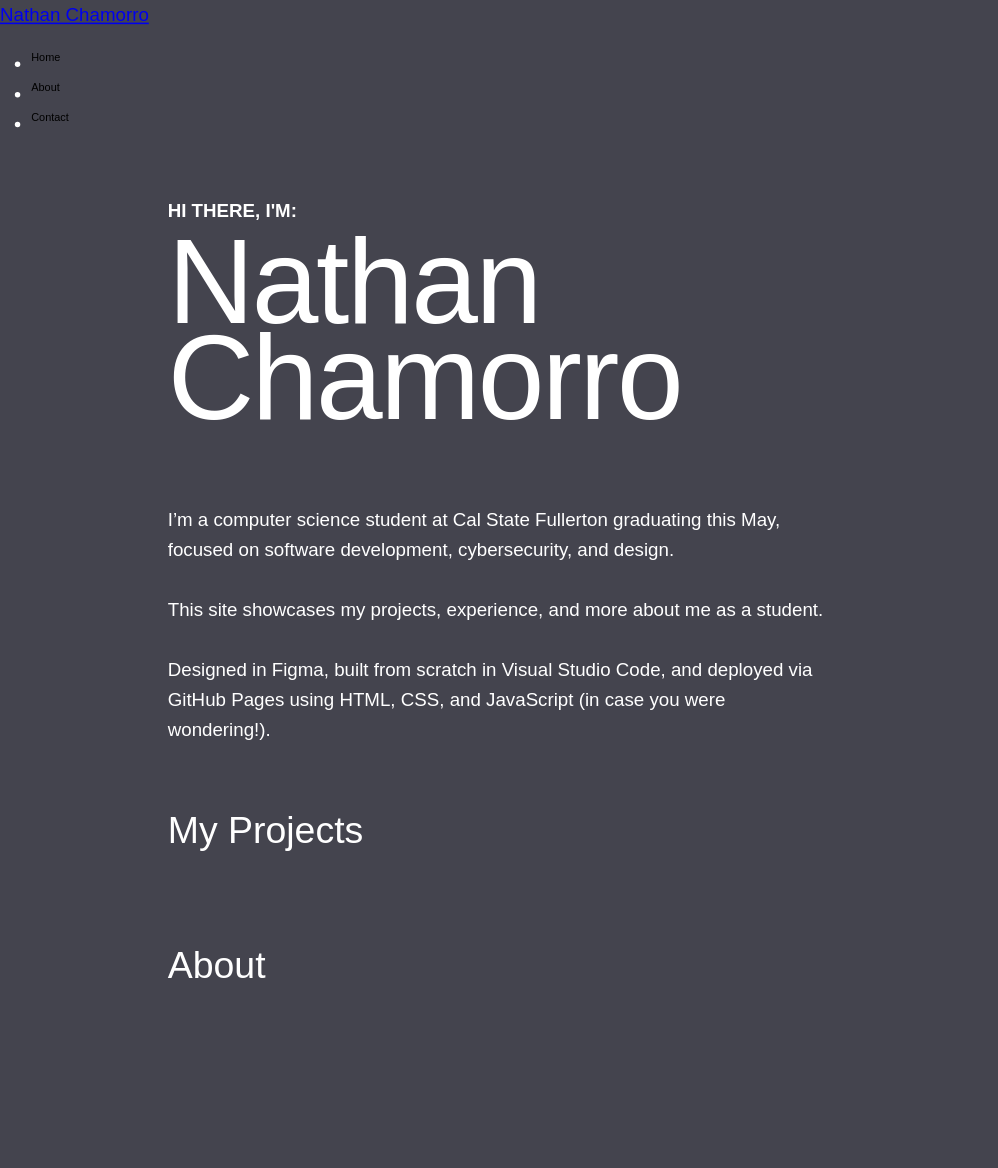
Repository: nathanchamorro1/nathanchamorro1.github.io
Page: index.html
These files come from the project's save history. The page is drawn as it stood at one moment and after the next save; the edit follows.
The browser window is 1280 px wide. The pictures show the whole page, at 78% of full size.
Some web fonts or font styles are not loaded; a fallback is used.

Above is the page before, as saved 2026-02-17 21:21:28.

### index.html
<!DOCTYPE html>
<html lang="en">

<head>
<meta charset="UTF-8">
<meta name="viewport" content = "width=device-width,initial-scale=1">
<title>Nathan Chamorro's Portfolio</title>
<link rel = "icon" type = "image/x-icon" href = "/assets/snoopy-favicon.ico">
<link rel="stylesheet" href="https://use.typekit.net/lhh1weh.css">
<link rel="stylesheet" href="css/style.css">
</head>
<body>

<div class="layout">
  <nav class="sidebar">
    <a href="#home" class="nav-logo">Nathan Chamorro</a>
    <ul>
      <li><a href="#home" class="nav-link">Home</a></li>
      <li><a href="#about" class="nav-link">About</a></li>
      <li><a href="#contact" class="nav-link">Contact</a></li>
      </ul>
      </nav>

  <main class="content">
    <div class="content-wrapper">
  <section class="hero">
    <h2 class="reveal", class="top-level-margin-hero">HI THERE, I'M:</h2>
    <h1 class="reveal">Nathan Chamorro</h1>
  </section>
      <p class="reveal">
        <br>I’m a computer science student at Cal State Fullerton graduating this May, focused on software development, cybersecurity, and design. <br>
        <br>This site showcases my projects, experience, and more about me as a student.<br>
        <br>Designed in Figma, built from scratch in Visual Studio Code, and deployed via GitHub Pages using HTML, CSS, and JavaScript (in case you were wondering!). <br>
      </p>
    </div>

        <section id="projects" class="content-wrapper">
      <h3 class="reveal">My Projects</h3>
    </section>

    <section id="about" class="content-wrapper">
      <h3 class="reveal">About</h3>
    </section>

    <section id="contact" class="content-wrapper">
      <h3 class="reveal">Contact</h3>
    </section>
  </main>
</div>
<script src = "js/script.js"></script>

### css/style.css
body {
  background-color: #44444E;
  color: white;
  margin: 0;
  font-family: museo-sans, sans-serif;
  font-weight: 300;
  font-style: normal;
  font-variation-settings: "slnt" 0, "wght" 400;
  line-height: 1.6;
  font-size: 1.5rem;
}

.content-wrapper {
  max-width: 850px;
  margin: 0 auto;
  padding: 0 40px;
  display: flex;
  flex-direction: column;
  gap: 40px;
  text-align: left;
}

.hero {
    min-height: auto;
    display: flex;
    align-items: flex-start;
    flex-direction: column;
    justify-content: flex-start;
    padding-top: 30px;
    padding-bottom: 0;
    text-align: left;
}

h1 {
    color: white;
    font-family: "instrument-serif", sans-serif;
    font-size: clamp(4.5rem, 12vw, 14rem);
    font-weight: 400;
    font-variation-settings: "wght" 400;
    line-height: 0.8;
    margin: 0;
    letter-spacing: -0.02em;
}

h2 {
    color: white;
    font-family: "museo-sans", sans-serif;
    font-weight: 900;
    font-variation-settings: "wght" 400;
    font-size: 1.5rem;
    opacity: 0.8;
    margin-bottom: 10px;
}

h3 {
    color: white;
    font-family: "instrument-serif", sans-serif;
    font-weight: 400;
    font-variation-settings: "wght" 400;
    font-size: 3rem;
    opacity: 0.8;
    align-self: flex-start;
    text-align: left;
    width: 100%;
}

.reveal {
    opacity: 0;
    transform: translateY(20px);
    transition: opacity 0.7s ease, transform 0.7s ease;
}

.reveal-visible {
    opacity: 1;
    transform: translateY(0);
}

.navbar {
    position: fixed;
    top: 0;
    width: 100%;
    background: white;
    box-shadow: 0 2px 10px rgba(0,0,0,0.05);
    z-index: 1000;
}

.nav-container {
    max-width: 1000px;
    margin: 0 auto;
    display: flex;
    justify-content: space-between;
    align-items: center;
    padding: 15px 20px;
    position: fixed;
}

.nav-menu {
    list-style: none;
    display: flex;
    gap: 25px;
    margin: 0;
    padding: 0;
    position: fixed;
}

.nav-link {
    text-decoration: none;
    color: black;
    font-size: 14px;
    position: relative;
    position: fixed;
}

.nav-link:hover {
    opacity: 0.6;
}

.top-level-margin-hero {
    margin-bottom: 200px;
}

### js/script.js
const reveals = document.querySelectorAll(".reveal");

function revealOnScroll() {
  const windowHeight = window.innerHeight;

  reveals.forEach(el => {
    const elementTop = el.getBoundingClientRect().top;

    if (elementTop < windowHeight - 200) {
      el.classList.add("reveal-visible");
    }
  });
}

window.addEventListener("scroll", revealOnScroll);
revealOnScroll();

After the next save:
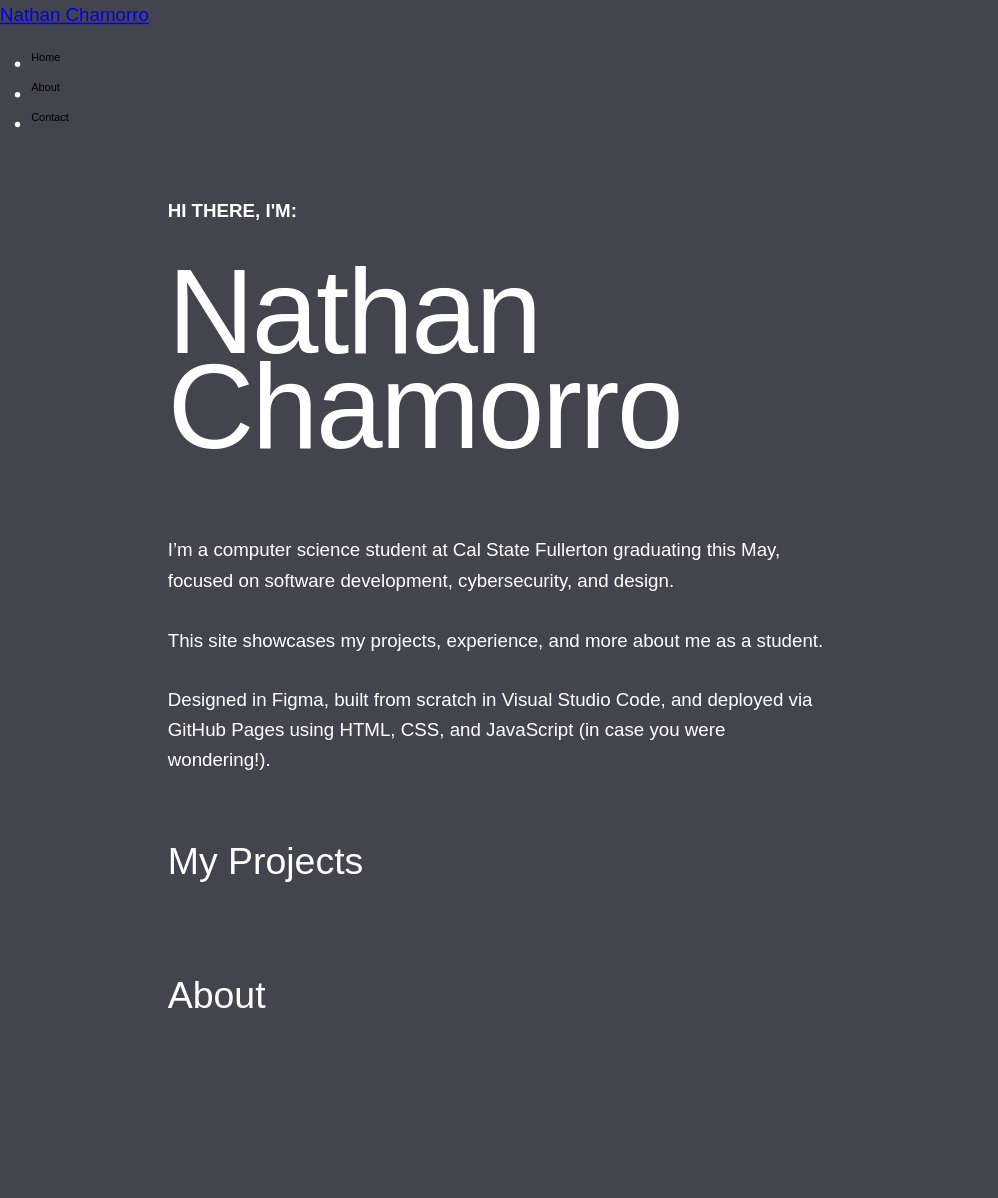
Saved 19 s later.
--- a/index.html
+++ b/index.html
@@ -24,7 +24,8 @@
   <main class="content">
     <div class="content-wrapper">
   <section class="hero">
-    <h2 class="reveal", class="top-level-margin-hero">HI THERE, I'M:</h2>
+    <h2 class="reveal">HI THERE, I'M:</h2>
+    <br>
     <h1 class="reveal">Nathan Chamorro</h1>
   </section>
       <p class="reveal">

After the save that followed:
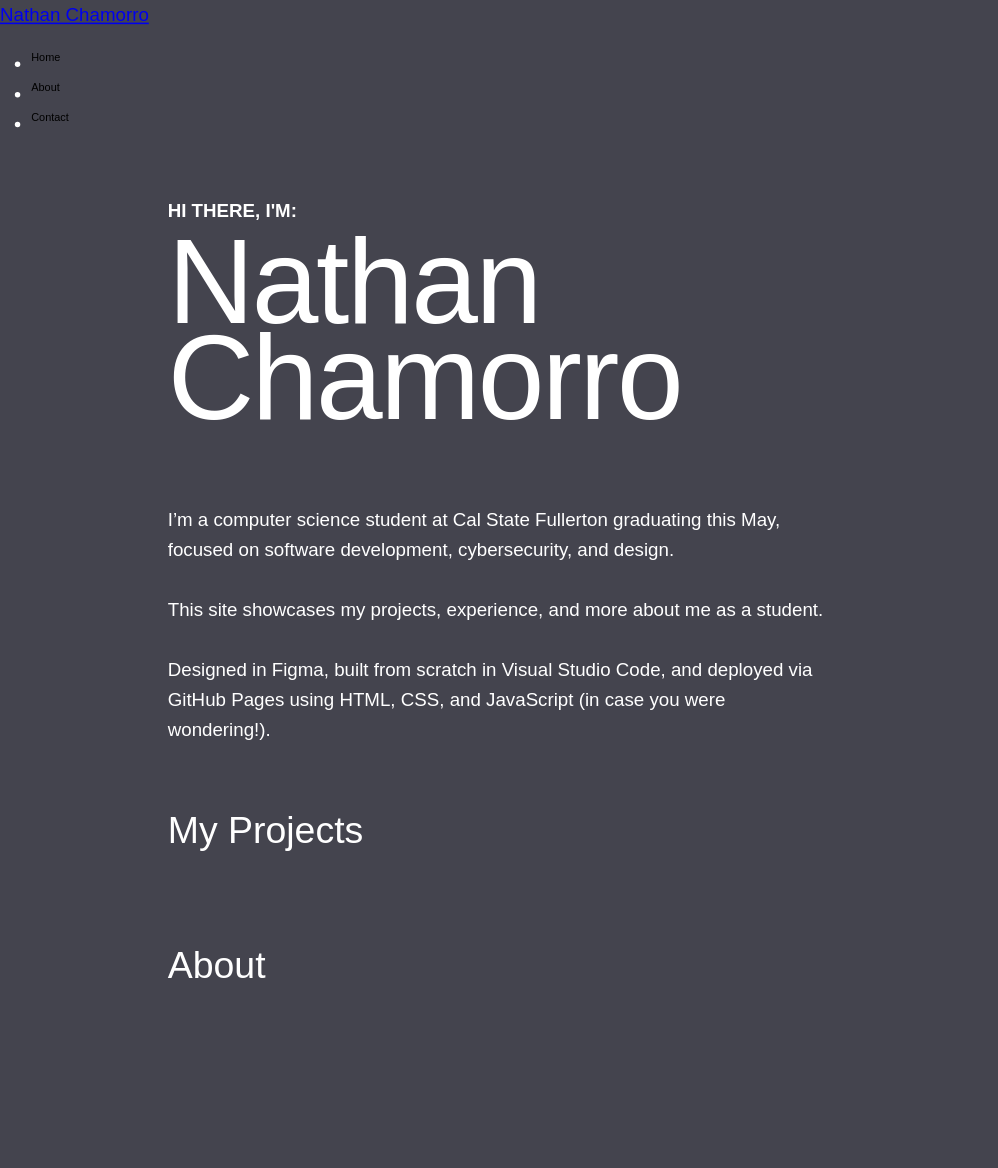
Saved 18 s later.
--- a/index.html
+++ b/index.html
@@ -25,7 +25,6 @@
     <div class="content-wrapper">
   <section class="hero">
     <h2 class="reveal">HI THERE, I'M:</h2>
-    <br>
     <h1 class="reveal">Nathan Chamorro</h1>
   </section>
       <p class="reveal">
